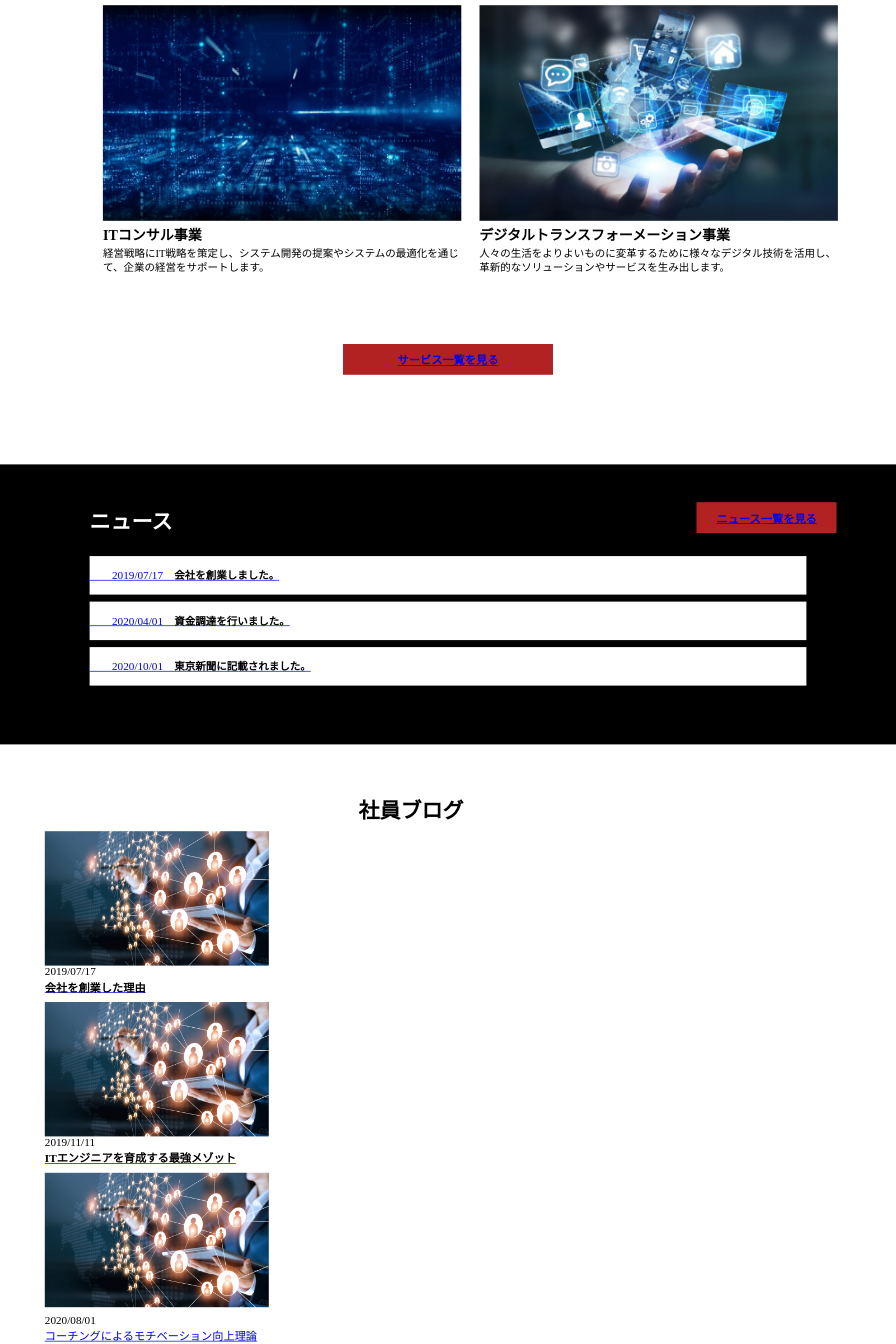
Repository: sigemasaasuka/20211012sigemasa
Page: index.html
The author's editor kept a copy of each file at every save. The page is drawn from the files as they stood at one save, then again after a run of saves.
The browser window is 1280 px wide. The pictures show the part of the page from y = 1348 to 3268 px (the page is 3268 px tall before and 3258 px after), at 70% of full size.

Above is the page before, as saved 2021-10-19 17:55:18.

After the next 2 saves:
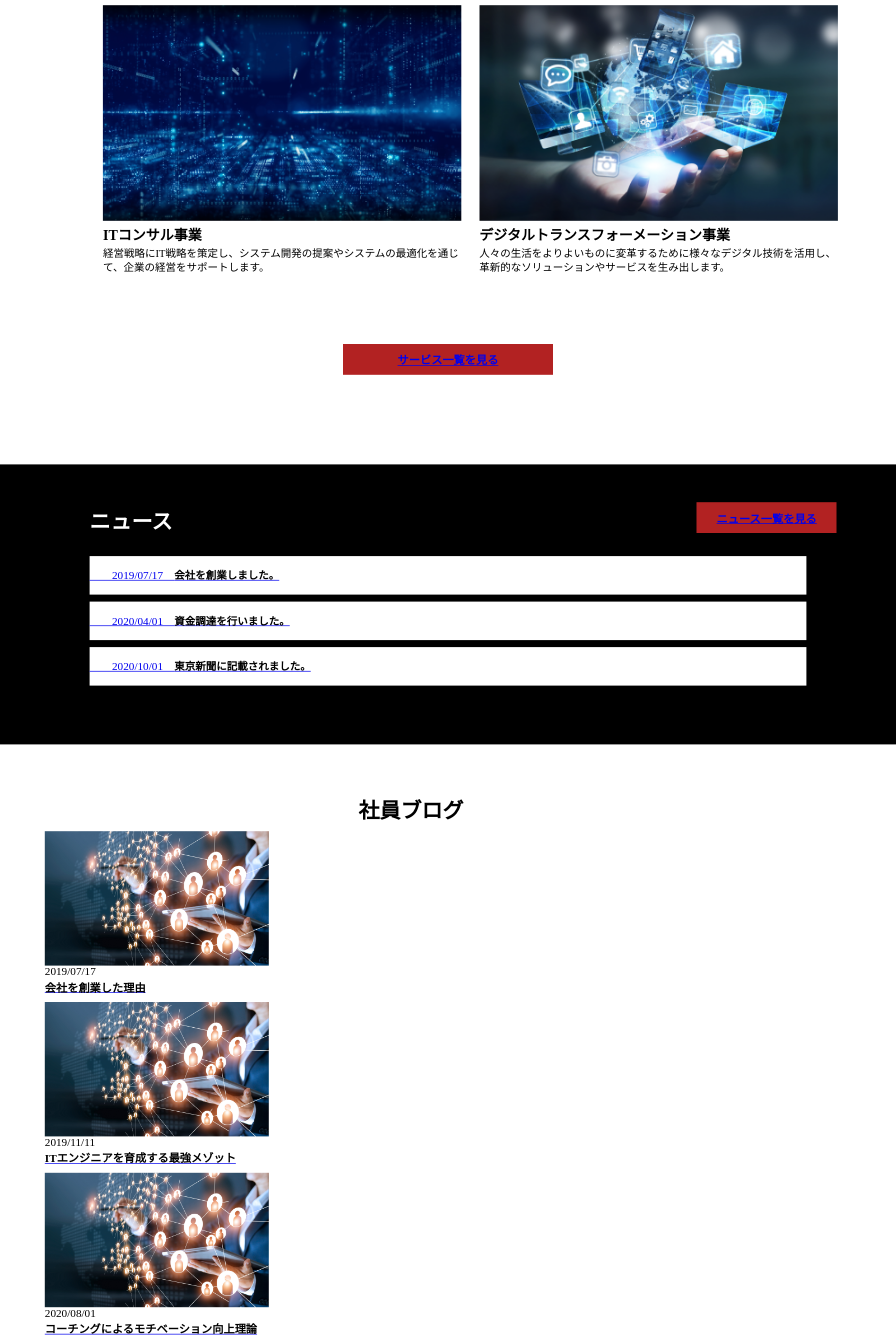
The 2 saves are shown as one change because they came seconds apart.
The last was saved 9 s later.
--- a/index.html
+++ b/index.html
@@ -133,9 +133,9 @@
         <a href="index.html">
           <img src="img/blog.png" alt="blog">
         </a>
-        <p class="coaching">2020/08/01</p>
+        <p class="coaching1">2020/08/01</p>
         <a href="index.html">
-          <p class="coaching1">コーチングによるモチベーション向上理論</p>
+          <p class="coaching2">コーチングによるモチベーション向上理論</p>
         </a>
         </div>
         </div>
